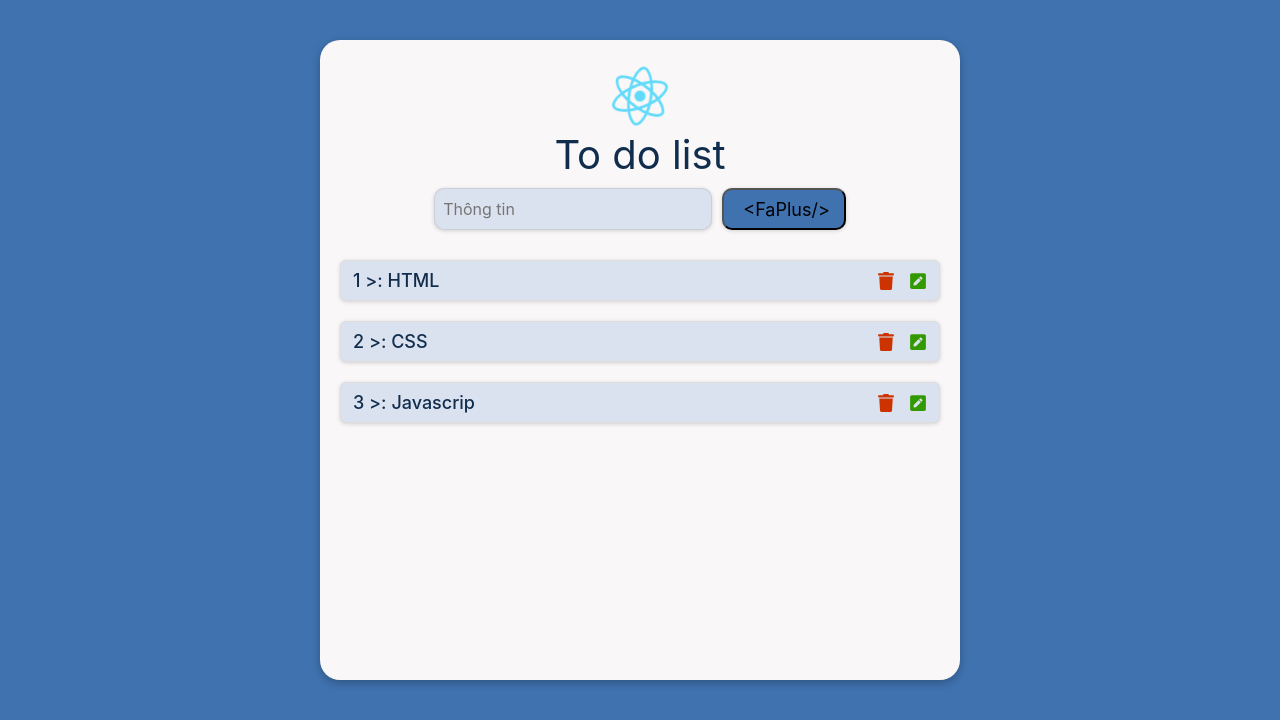
Repository: nguyennam1029/Reactjs-Hoi-Dan-It-1
Page: /About
These files come from the project's save history. The page is drawn as it stood at one moment and after the next save; the edit follows.
The browser window is 1280 px wide. The pictures show the whole page.
The project was rebuilt for these pictures with package versions that can differ from the ones it lists, and the page was loaded fresh each time.

Above is the page before, as saved 2022-06-16 14:12:46.

After the next save:
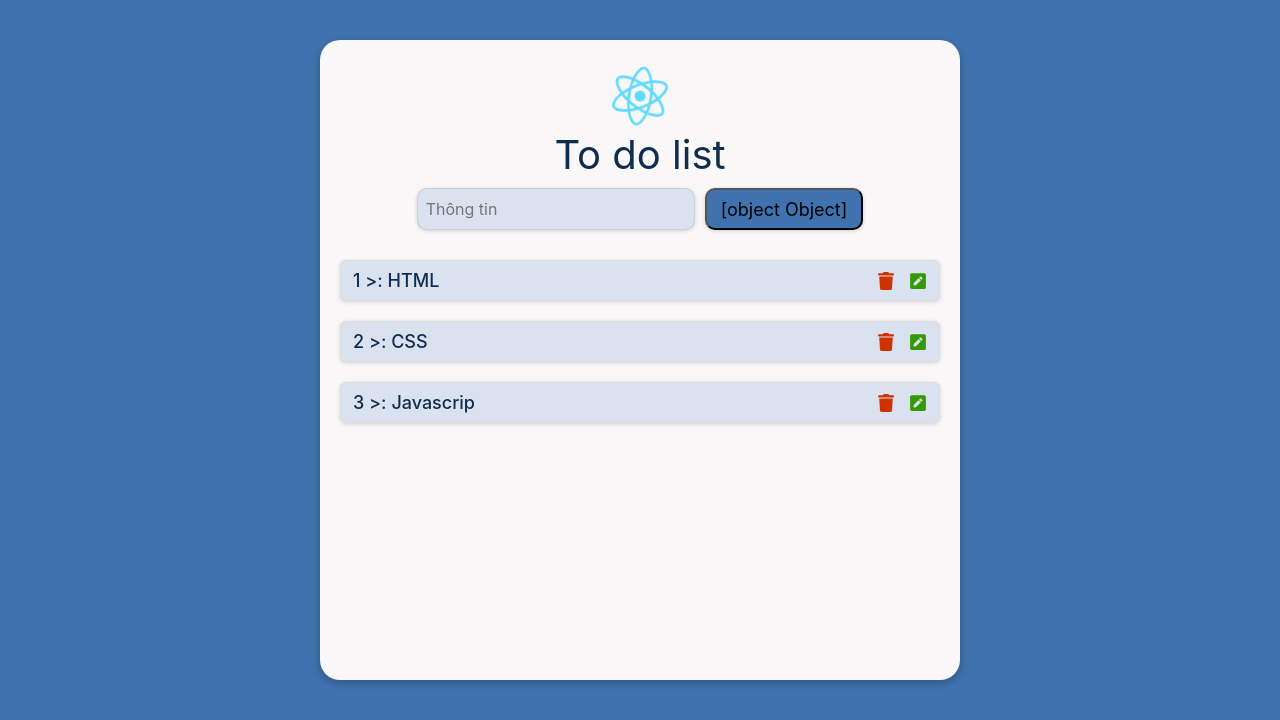
Saved 21 s later.
--- a/src/views/todoApp/formAddTodo.js
+++ b/src/views/todoApp/formAddTodo.js
@@ -39,7 +39,7 @@
                 >
                     <FaPlus/>
                 </input> */}
-                <input className = 'form-btn' type="button" value=" <FaPlus/>" onClick={()=> this.handleAddTodo()}/>
+                <input className = 'form-btn' type="button" value={<FaPlus/>} onClick={()=> this.handleAddTodo()}/>
 
             </div>
         </>
